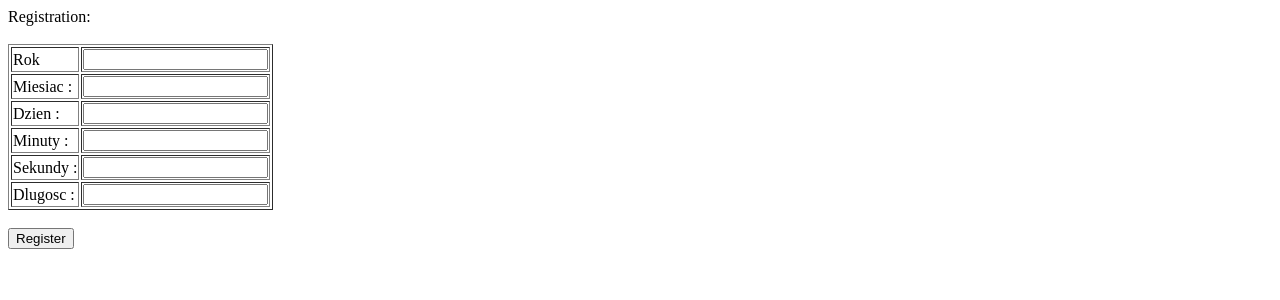
Repository: zlenyk/wrzucak
Page: Shop/WebContent/addTraining.html
The author's editor kept a copy of each file at every save. The page is drawn from the files as they stood at one save, then again after the next save.
The browser window is 1280 px wide. The pictures show the whole page.

Above is the page before, as saved 2013-09-23 16:00:52.

### Shop/WebContent/addTraining.html
<!DOCTYPE html>
<html>
<head>
<meta charset="UTF-8">
<title>Insert title here</title>
</head>
<body>
<body>
  <form method="POST" action="http://localhost:8080/Shop/Registration">
    Registration:<br /><br />
    <table border = 1>
    	<tr>
    		<td>Rok</td> <td><input type="text" name="year" /></td>
    	</tr>
    	<tr>
    		<td>Miesiac :</td> <td><input type="text" name="month" /></td>
    	</tr>
    	<tr>
    		<td>Dzien :</td> <td><input type="text" name="day" /></td>
    	</tr>
    	<tr>
    		<td>Minuty :</td> <td><input type="text" name="minutes" /></td>
    	</tr>
    	<tr>
    		<td>Sekundy :</td> <td><input type="text" name="seconds" /></td>
    	</tr>
    	<tr>
    		<td>Dlugosc :</td> <td><input type="text" name="length" /></td>
    	</tr>
    </table>
    <br />
    <input type="hidden" name ="action" value = "login" />
    <input type="submit" value="Register" />
  </form>
</body>
</body>
</html>

After the next save:
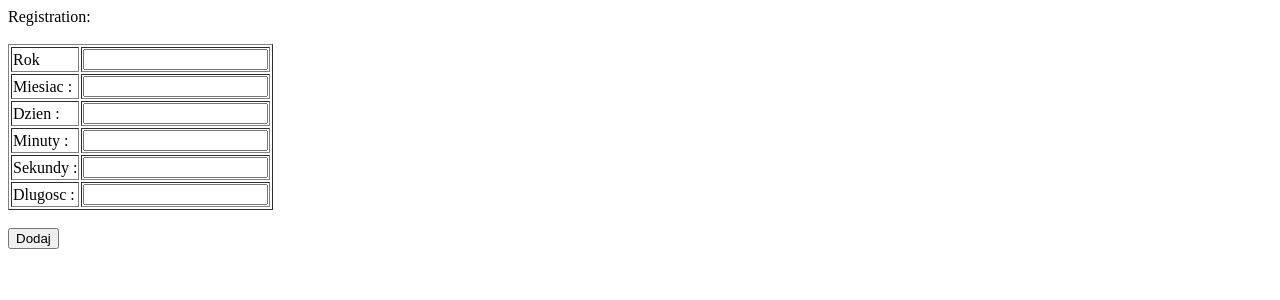
Saved 32 s later.
--- a/Shop/WebContent/addTraining.html
+++ b/Shop/WebContent/addTraining.html
@@ -6,7 +6,7 @@
 </head>
 <body>
 <body>
-  <form method="POST" action="http://localhost:8080/Shop/Registration">
+  <form method="POST" action="http://localhost:8080/Shop/AddTraning">
     Registration:<br /><br />
     <table border = 1>
     	<tr>
@@ -30,7 +30,7 @@
     </table>
     <br />
     <input type="hidden" name ="action" value = "login" />
-    <input type="submit" value="Register" />
+    <input type="submit" value="Dodaj" />
   </form>
 </body>
 </body>
